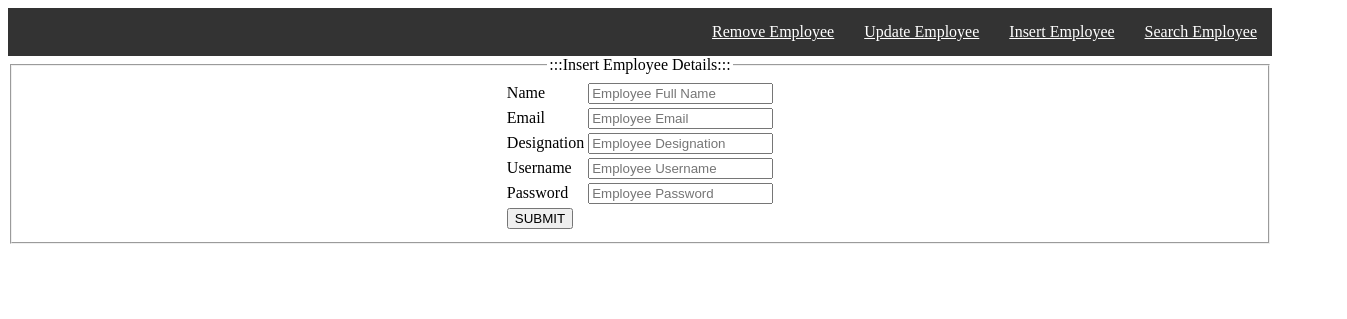
Repository: dannytayade1495/WEJM3
Page: http://localhost/mvcproject1/WEB-INF/views/insertEmployee.jsp
The author's editor kept a copy of each file at every save. The page is drawn from the files as they stood at one save, then again after the next save.
The browser window is 1280 px wide. The page is 1280 px wide, then 1347 px, then 1280 px, so the pictures cover 1347 px, including what lies to the right of the window. The pictures show the whole page.
The page is served by Tomcat 9. Nobody is signed in. The template is opened directly, without the code that normally fills it, so the values that code supplies are empty.

Above is the page before, as saved 2022-06-02 15:22:09.

After the next save:
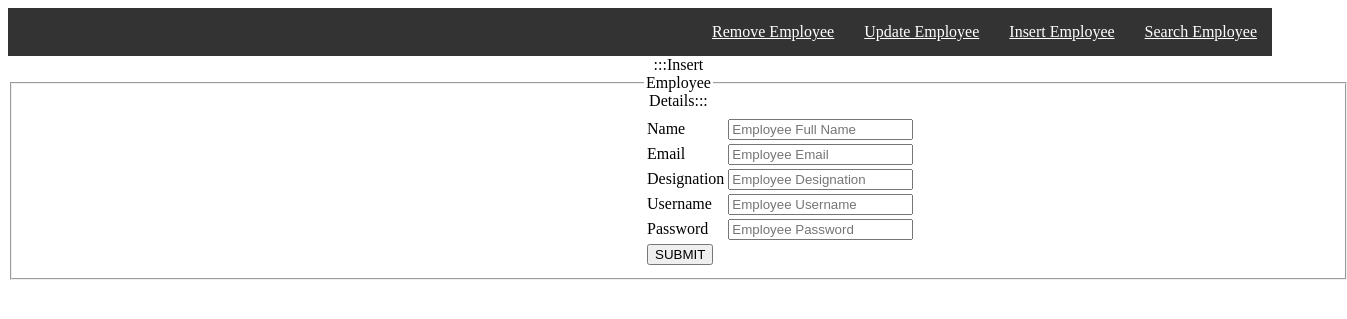
Saved 22 s later.
--- a/mvcproject1/src/main/webapp/WEB-INF/views/insertEmployee.jsp
+++ b/mvcproject1/src/main/webapp/WEB-INF/views/insertEmployee.jsp
@@ -14,6 +14,8 @@
 
 fieldset {
 	text-align: center;
+	padding-left: 50%;
+	padding-right: 50%;
 }
 </style>
 </head>

After the save that followed:
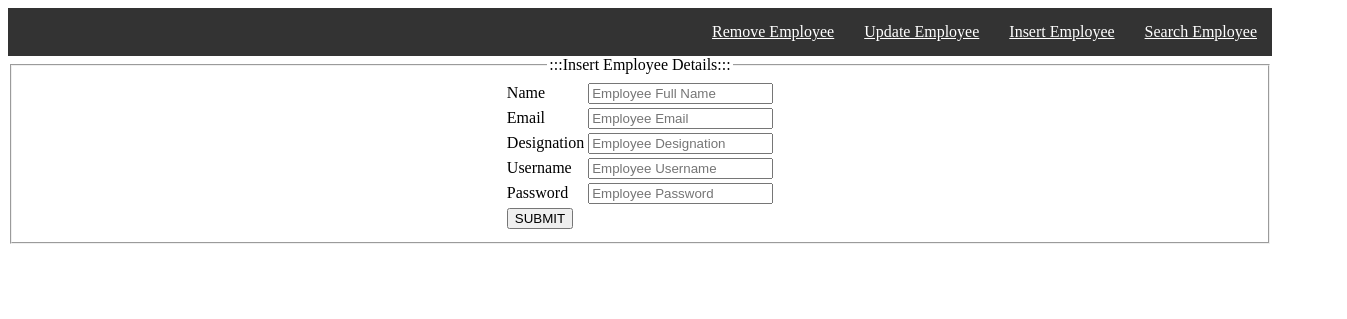
Saved 14 s later.
--- a/mvcproject1/src/main/webapp/WEB-INF/views/insertEmployee.jsp
+++ b/mvcproject1/src/main/webapp/WEB-INF/views/insertEmployee.jsp
@@ -14,8 +14,6 @@
 
 fieldset {
 	text-align: center;
-	padding-left: 50%;
-	padding-right: 50%;
 }
 </style>
 </head>
